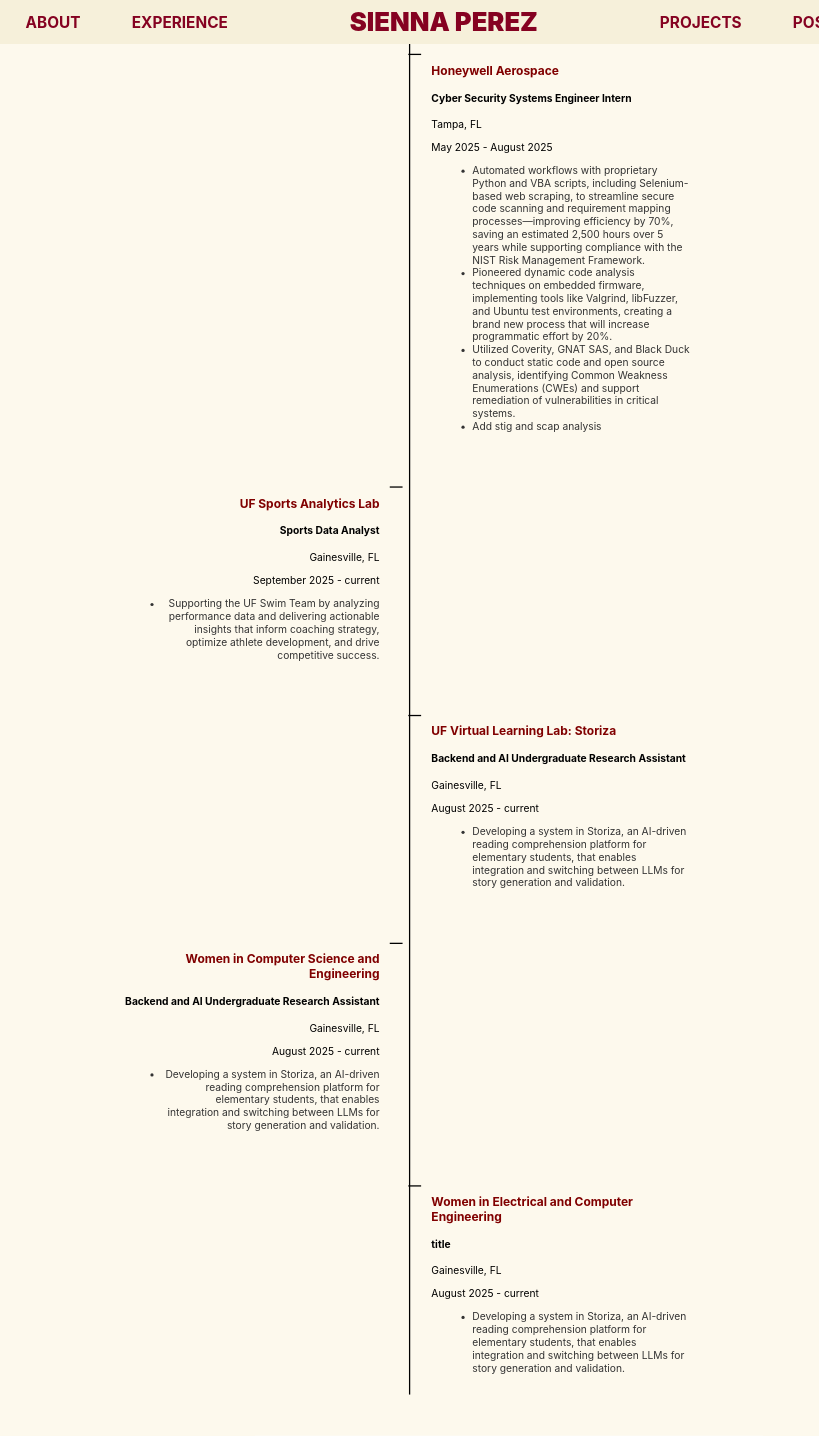
Repository: siennaperez/siennaperezweb
Page: /experience
The author's editor kept a copy of each file at every save. The page is drawn from the files as they stood at one save, then again after the next save.
The browser window is 1280 px wide. The pictures show the whole page, at 64% of full size.
The project was rebuilt for these pictures with package versions that can differ from the ones it lists, and the page was loaded fresh each time. Also part of the build but not shown: src/App.css, src/pages/About.css, src/pages/About.js, src/pages/Home.js.

Above is the page before, as saved 2025-09-21 15:26:24.

### src/App.js
import './App.css';
import ReactDOM from "react-dom/client";
import { BrowserRouter, Routes, Route, Link } from "react-router-dom";
import Navbar from "./components/Navbar";
import Home from "./pages/Home";
import About from "./pages/About";
import Experience from "./pages/Experience";


function App() {
  return (
    <BrowserRouter>
      <Navbar />
      <Routes>
        <Route path="/" element={<Home />} />
        <Route path="/about" element={<About />} />
        <Route path="/experience" element={<Experience />} />

      </Routes>
    </BrowserRouter>
  );
}

export default App;

const root = ReactDOM.createRoot(document.getElementById('root'));
root.render(<App />);

### src/components/Navbar.js
import "./Navbar.css";

import { Link } from 'react-router-dom';

const Navbar = () => {
  return (
    <nav className= "navbar">
      <ul className="nav-list">
        <div class="nav-left">
      <li class="nav-item"><a href="/about">ABOUT</a></li>
      <li class="nav-item"><a href="/experience">EXPERIENCE</a></li>
    </div>

    <div class="nav-center">
      <li class="nav-item"><a href="/">SIENNA PEREZ</a></li>
    </div>

    <div class="nav-right">
      <li class="nav-item"><a href="/projects">PROJECTS</a></li>
      <li class="nav-item"><a href="/posts">POSTS</a></li>
    </div>
      </ul>

    </nav>
  );
}

export default Navbar;

### src/pages/Experience.js
import "./Experience.css";


function Experience() {
return (
    <div className="experience-container">
      <div className="timeline">
        {/* Honeywell */}
        <div className="timeline-item right">
          <h3>Honeywell Aerospace</h3>
          <h4>Cyber Security Systems Engineer Intern</h4>
            <p>Tampa, FL</p>
            <p>May 2025 - August 2025</p>
          <ul>
            <li>Automated workflows with proprietary Python and VBA scripts, including Selenium-based web scraping, to streamline secure code scanning and requirement mapping processes—improving efficiency by 70%, saving an estimated 2,500 hours over 5 years while supporting compliance with the NIST Risk Management Framework.</li>
            <li>Pioneered dynamic code analysis techniques on embedded firmware, implementing tools like Valgrind, libFuzzer, and Ubuntu test environments, creating a brand new process that will increase programmatic effort by 20%.</li>
            <li>Utilized Coverity, GNAT SAS, and Black Duck to conduct static code and open source analysis, identifying Common Weakness Enumerations (CWEs) and support remediation of vulnerabilities in critical systems.</li>
            <li>Add stig and scap analysis</li>
          </ul>
        </div>

        {/* Storiza Lab */}
        <div className="timeline-item left">
          <h3>UF Sports Analytics Lab</h3>
          <h4>Sports Data Analyst</h4>
            <p>Gainesville, FL</p>
            <p>September 2025 - current</p>
          <ul>
            <li>Supporting the UF Swim Team by analyzing performance data and delivering actionable insights that inform coaching strategy, optimize athlete development, and drive competitive success.</li>
          </ul>
        </div>

        {/* Data Job */}
        <div className="timeline-item right">
          <h3>UF Virtual Learning Lab: Storiza</h3>
          <h4>Backend and AI Undergraduate Research Assistant</h4>
            <p>Gainesville, FL</p>
            <p>August 2025 - current</p>
          <ul>
            <li>Developing a system in Storiza, an AI-driven reading comprehension platform for elementary students, that enables integration and switching between LLMs for story generation and validation. </li>
          </ul>
        </div>

        {/* WiCSE */}
        <div className="timeline-item left">
          <h3>Women in Computer Science and Engineering</h3>
          <h4>Backend and AI Undergraduate Research Assistant</h4>
            <p>Gainesville, FL</p>
            <p>August 2025 - current</p>
          <ul>
            <li>Developing a system in Storiza, an AI-driven reading comprehension platform for elementary students, that enables integration and switching between LLMs for story generation and validation. </li>
          </ul>
        </div>

        {/* WECE */}
        <div className="timeline-item right">
          <h3>Women in Electrical and Computer Engineering</h3>
          <h4>title</h4>
            <p>Gainesville, FL</p>
            <p>August 2025 - current</p>
          <ul>
            <li>Developing a system in Storiza, an AI-driven reading comprehension platform for elementary students, that enables integration and switching between LLMs for story generation and validation. </li>
          </ul>
        </div>
      </div>
    </div>
  );
}
  export default Experience;

### src/components/Navbar.css
.navbar {
  background-color: #F6F0DA;
  padding: 10px 40px;
  position: fixed;
  width: 100%;
  top: 0;
  z-index: 100;
}

.nav-list {
  display: flex;
  justify-content: space-between;
  align-items: center;
  list-style: none;
  margin: 0;
  padding: 0;
  font-weight: bold;
  font-size: 24px;
  color: #850221;
}

.nav-left,
.nav-right {
  display: flex;
  gap: 80px;
}

.nav-center {
  font-size: 40px;
  font-weight: 900;
}

.nav-item a {
  text-decoration: none;
  color: #850221;
}

### src/pages/Experience.css
.experience-container {
  background-color: #fdf9ed; /* light beige like mockup */
  padding: 2rem;
  overflow-y: scroll; /* makes it scroll */
}

.timeline {
  position: relative;
  margin: 0 auto;
  width: 90%;
  max-width: 900px;
}

.timeline::before {
  content: "";
  position: absolute;
  top: 0;
  bottom: 0;
  left: 50%;
  width: 2px;
  background: #000;
  transform: translateX(-50%);
}

/* Each timeline item */
.timeline-item {
  width: 45%;
  padding: 1rem;
  position: relative;
  margin: 2rem 0;
}

.timeline-item h3 {
  color: #800000; /* deep red like mockup */
  font-weight: bold;
}

.timeline-item ul {
  list-style-type: disc;
  margin-left: 1.5rem;
  color: #333;
}

/* Positioning left & right */
.timeline-item.left {
  text-align: right;
  left: -2%;
}

.timeline-item.right {
  text-align: left;
  left: 52%;
}

/* Add connector line */
.timeline-item.left::before,
.timeline-item.right::before {
  content: "";
  position: absolute;
  top: 20px;
  width: 20px;
  height: 2px;
  background: #000;
}

.timeline-item.left::before {
  right: -20px;
}

.timeline-item.right::before {
  left: -20px;
}

Loaded but not shown: public/index.html (common file); src/index.js (common file); src/index.css (common file); src/reportWebVitals.js (common file)

After the next save:
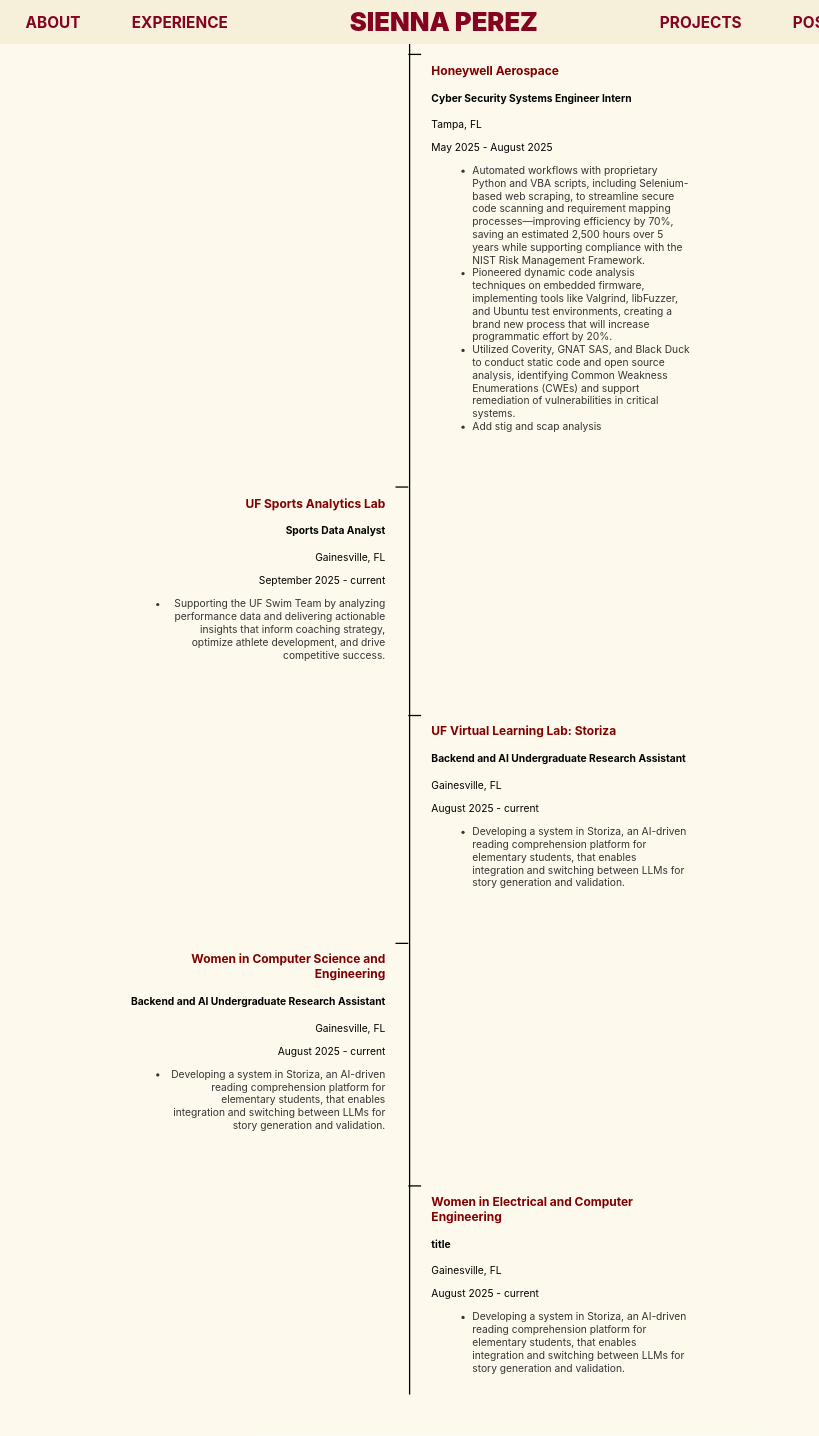
Saved 30 s later.
--- a/src/pages/Experience.css
+++ b/src/pages/Experience.css
@@ -22,7 +22,6 @@
   transform: translateX(-50%);
 }
 
-/* Each timeline item */
 .timeline-item {
   width: 45%;
   padding: 1rem;
@@ -31,7 +30,7 @@
 }
 
 .timeline-item h3 {
-  color: #800000; /* deep red like mockup */
+  color: #800000;
   font-weight: bold;
 }
 
@@ -41,10 +40,9 @@
   color: #333;
 }
 
-/* Positioning left & right */
 .timeline-item.left {
   text-align: right;
-  left: -2%;
+  left: -1%;
 }
 
 .timeline-item.right {
